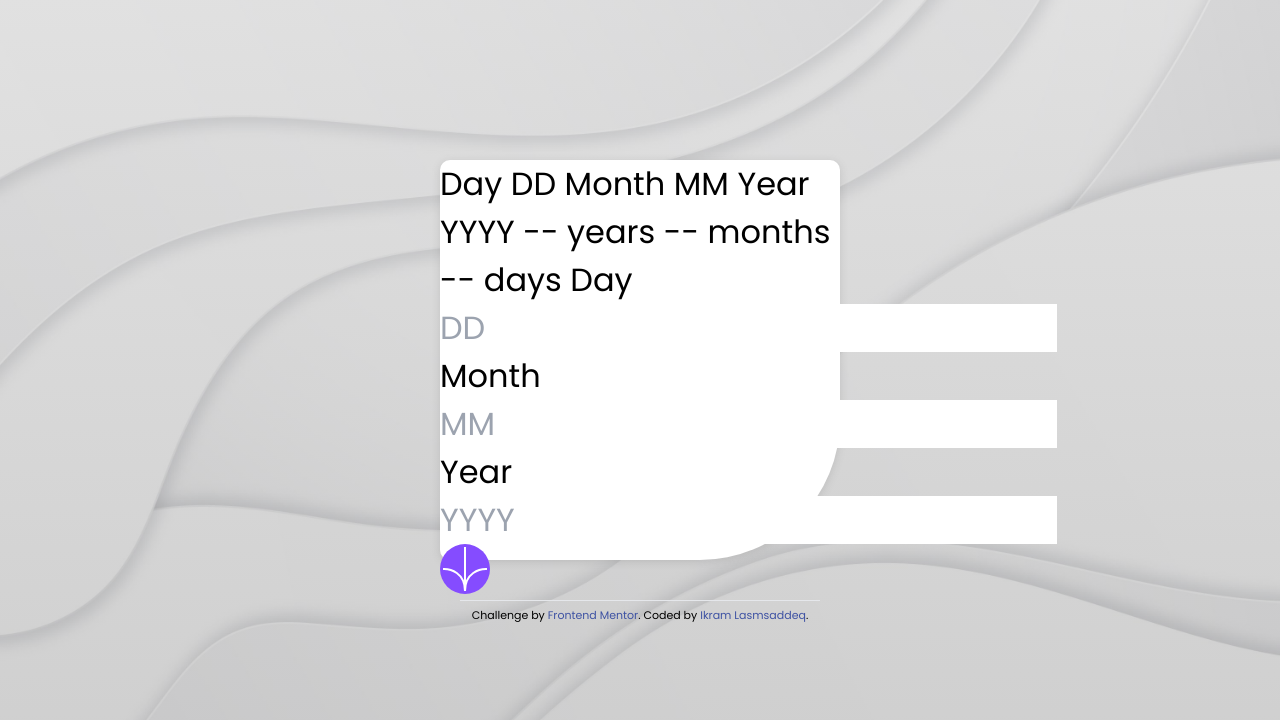
Repository: ikram-lisa/age-display
Page: /
These files come from the project's save history. The page is drawn as it stood at one moment and after the next save; the edit follows.
The browser window is 1280 px wide. The pictures show the whole page.
Some web libraries are served in a nearby version. The project was rebuilt for these pictures with package versions that can differ from the ones it lists, and the page was loaded fresh each time.

Above is the page before, as saved 2024-04-30 23:07:10.

After the next save:
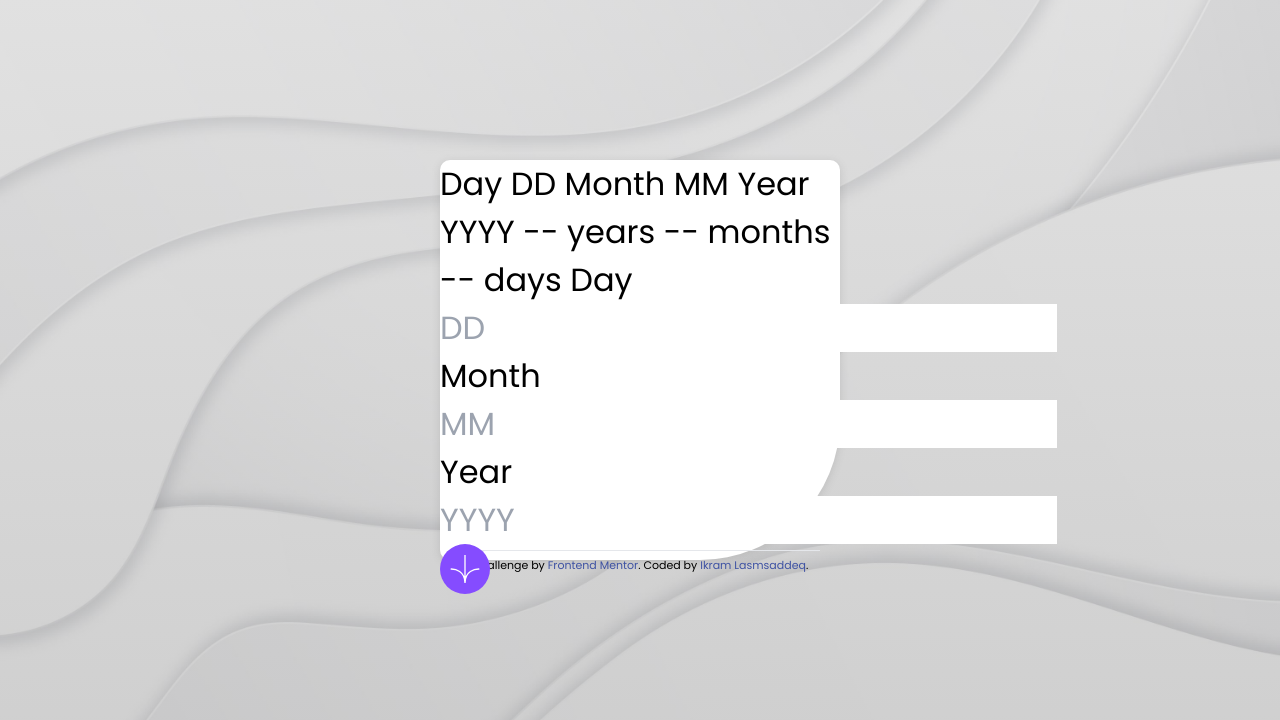
Saved 41 s later.
--- a/css/style.scss
+++ b/css/style.scss
@@ -44,6 +44,9 @@ body {
     align-items: center;
     background-color: $purple;
     color: white;
+    border: none;
+    padding: 10px;
+    position: absolute;
     cursor: pointer;
     transition: all 0.3s;
 
